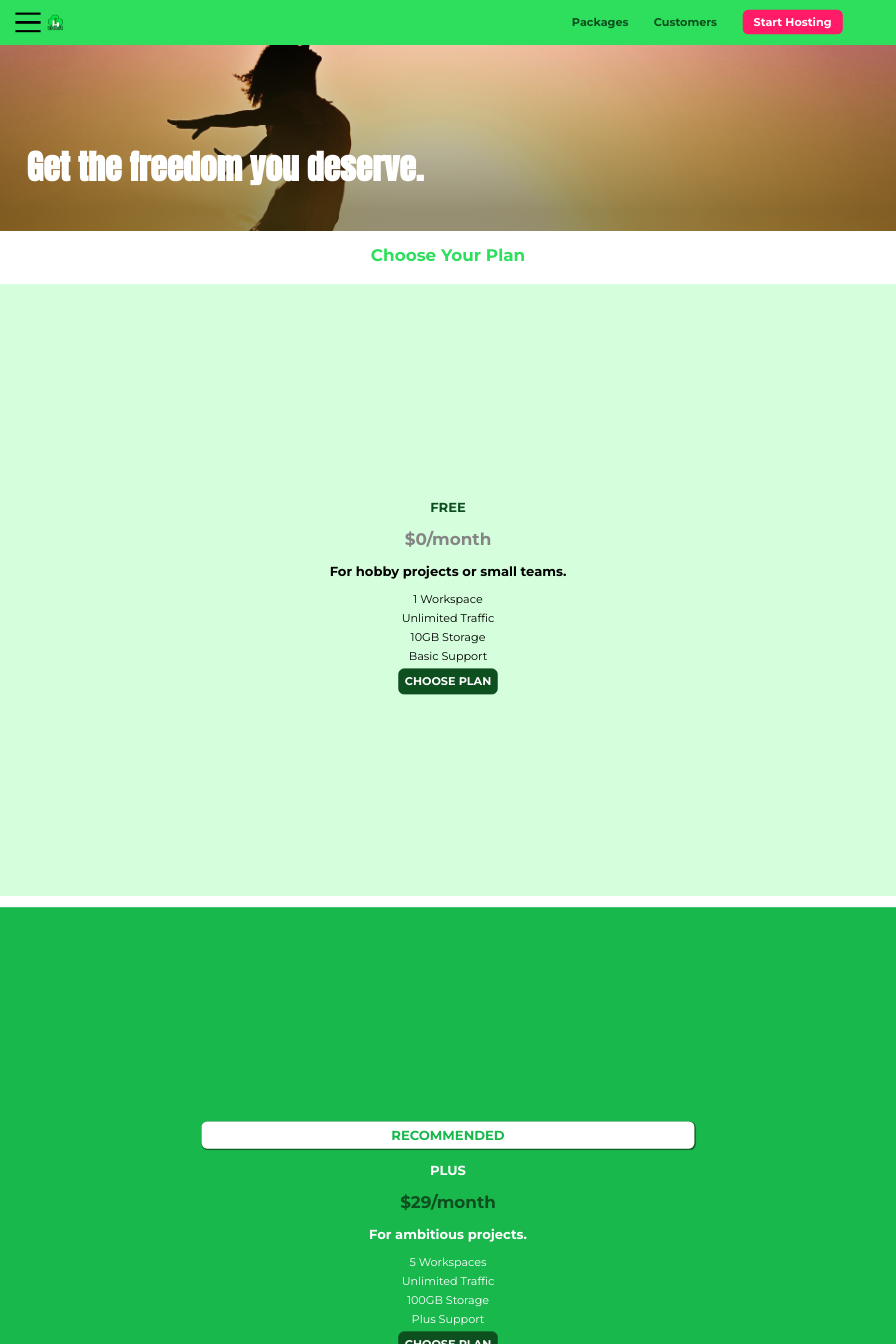
Repository: luacooli/css-course
Page: my_project/index.html
An editor plug-in stored every save of this project. The page is shown before and after the next save, followed by the edit.
The browser window is 1280 px wide. The pictures show the part of the page from y = 0 to 1920 px (the page is 3652 px tall before and 3056 px after), at 70% of full size.

Above is the page before, as saved 2020-09-16 07:07:36.

After the next save:
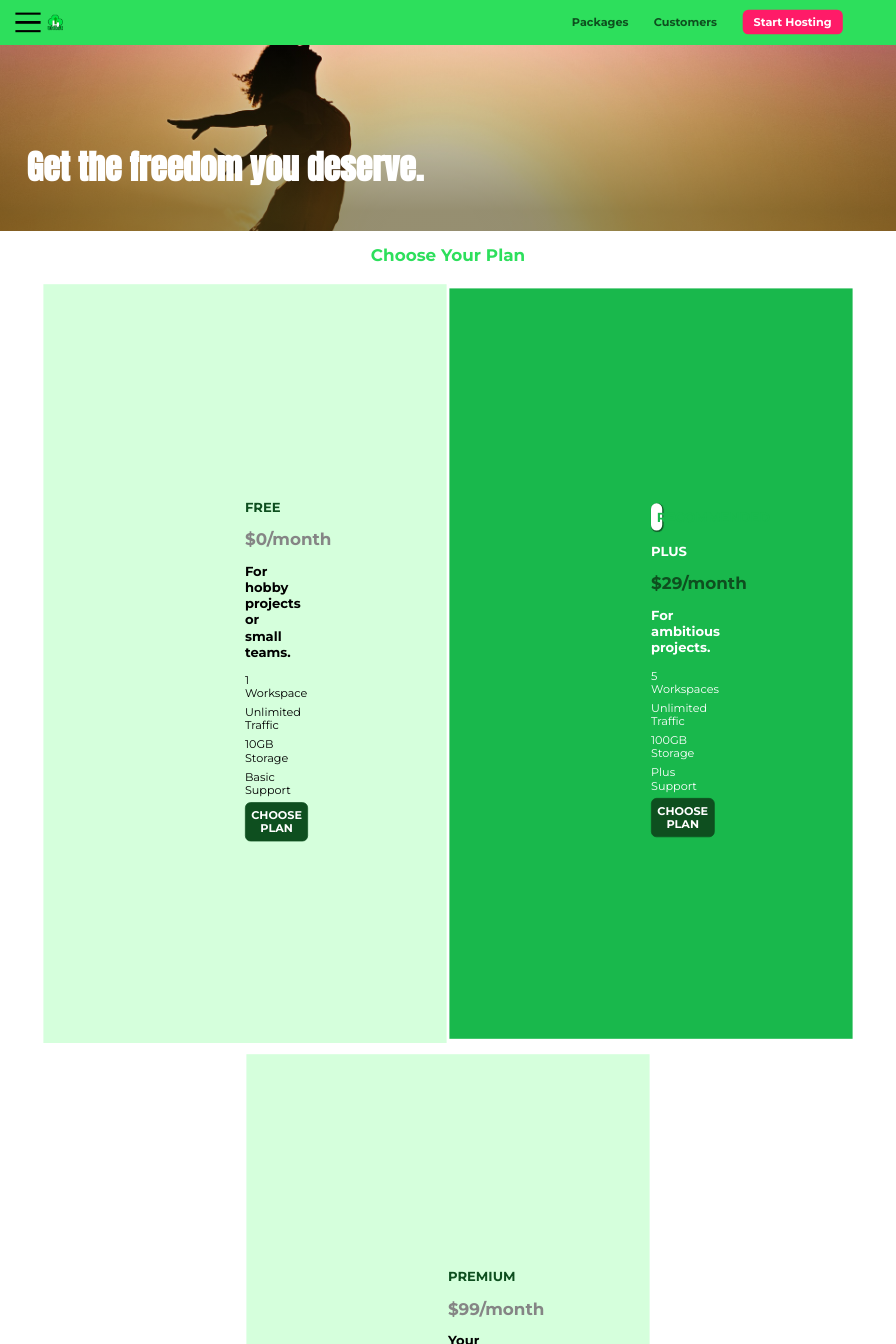
Saved 4 min 52 s later.
--- a/my_project/main.css
+++ b/my_project/main.css
@@ -41,11 +41,6 @@
   color: #2ddf5c;
   text-align: center;
 }
-
-/* .plan__list {
-  width: 100%;
-  text-align: center;
-} */
 
 .plan {
   background: #d5ffdc;
@@ -96,8 +91,16 @@
 }
 
 @media (min-width: 40rem) {
+
+  .plan__list {
+    width: 100%;
+    text-align: center;
+  }
+
   .plan {
     display: inline-block;
+    width: 30%;
+    vertical-align: middle;
   }
 }
 
